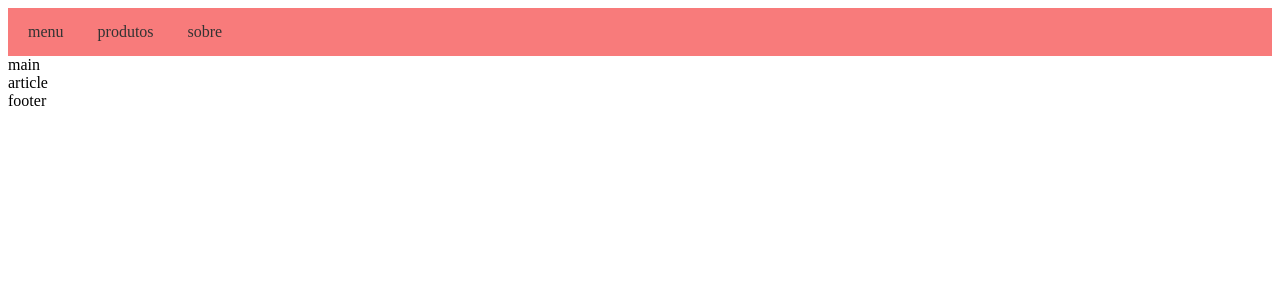
Repository: rafael-beeb/blog-not
Page: myblog/html/index.html
The author's editor kept a copy of each file at every save. The page is drawn from the files as they stood at one save, then again after the next save.
The browser window is 1280 px wide. The pictures show the whole page.

Above is the page before, as saved 2024-09-19 09:06:10.

### myblog/html/index.html
<!DOCTYPE html>
<html lang="en">
<head>
    <meta charset="UTF-8">
    <meta name="viewport" content="width=device-width, initial-scale=1.0">
    <title>Document</title>
    <link rel="stylesheet" href="../css/styles.css">
</head>
<body>
    <header>
        <nav>
            <a href="">menu</a>
            <a href="">produtos</a>
            <a href="">sobre</a>
        </nav>
    </header>
    <main>main

        <article>
            article
        </article>
    </main>

    <footer>footer</footer>
</body>
</html>

### myblog/css/styles.css
nav {
    background-color: #f87b7b; /* Example background color */
    padding: 5px; /* Add some padding */
}

nav a {
    display: inline-flex;
    text-decoration: none;
    padding: 10px 15px; /* Space around the links */
    color: #333; /* Link color */
}

nav a:hover {
    background-color: #e0e0e0; /* Change background on hover */
    border-radius: 5px; /* Rounded corners on hover */
}

After the next save:
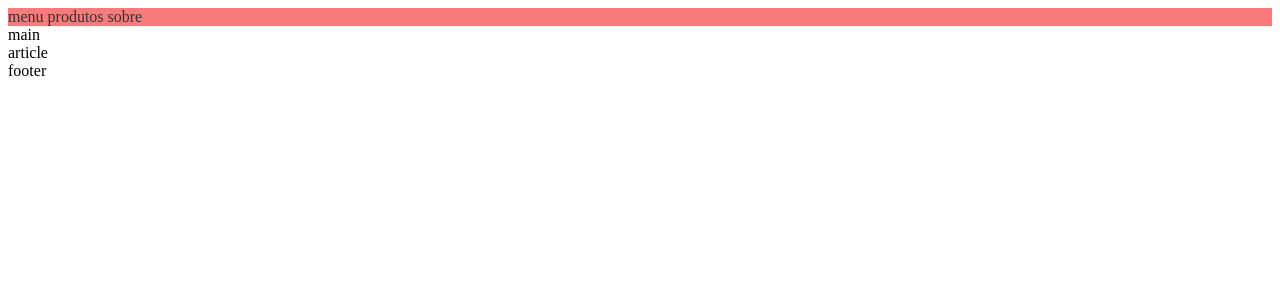
Saved 16 s later.
--- a/myblog/css/styles.css
+++ b/myblog/css/styles.css
@@ -1,12 +1,10 @@
 nav {
     background-color: #f87b7b; /* Example background color */
-    padding: 5px; /* Add some padding */
 }
 
 nav a {
     display: inline-flex;
     text-decoration: none;
-    padding: 10px 15px; /* Space around the links */
     color: #333; /* Link color */
 }
 
